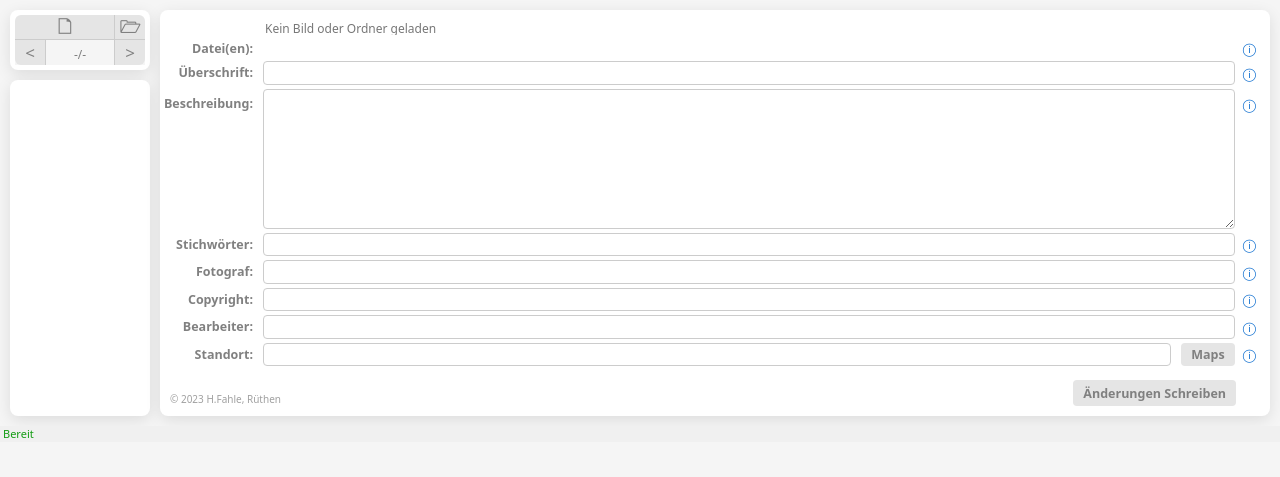
Repository: h-fahle/metadata
Page: ui/index.html
These files come from the project's save history. The page is drawn as it stood at one moment and after the next save; the edit follows.
The browser window is 1280 px wide. The pictures show the whole page.

Above is the page before, as saved 2026-09-04 14:56:40.
Console error: TypeError: Cannot read properties of undefined (reading 'core')

### ui/index.html
<!DOCTYPE html>
<html lang="de">

<head>
	<meta charset="UTF-8">
	<title>Metadaten Editor</title>
	<script src="script.js" defer></script>
	<link rel="stylesheet" href="style.css">
</head>

<body>

	<main id="main-container">

		<aside id="sidebar">
			<!-- Obere Kachel -->
					<div class="split-button-container">
						<div class="main-row">
							<button class="img-select-btn open-files"  data-ordner="false" data-mehrfach="true">
								&#x1F5CB;<div class="tooltip-box">Bilddatei(en) öffnen</div>
							</button>
							<button class="img-select-btn open-folder" data-ordner="true" data-mehrfach="false">
								&#x1F5C1;<div class="tooltip-box">Ordner öffnen</div>
							</button>
						</div>
						<div class="pager-row">
							<button class="pager-btn prev-btn" data-schritt="-1">&lt;</button>
							<div id="img-nummer" class="pager-display">-/-</div>
							<button class="pager-btn next-btn" data-schritt="1"">&gt;</button>
						</div>
					</div>

			<!-- Untere Kachel -->
			<div id="preview-card">
				<img id="vorschau-bild" src="" style="display:none;" />
				<div id="bild-info">
					<span id="img-datum"></span><br>
					<span id="img-groesse"></span>
				</div>
			</div>
		</aside>

		<!-- Das Formular rechts -->
		<section id="form-container">

			<div id="ordner-pfad">Kein Bild oder Ordner geladen</div>

			<div class="form-row">
				<label for="filename">Datei(en):</label>
				<div id="dynamischerBereich" style="width: 100%;">
					<!-- Input- / oder Select-Element -->
				</div>
				<div class="tooltip-container">
					<span class="info-icon">ⓘ</span>
					<div class="tooltip-box">Im Einzelmodus: Änderung des Dateinamens bewirkt Umbenennung der Datei.
						Im Stapelmodus: Dateinamen sind nicht änderbar.!
					</div>
				</div>
			</div>

			<div class="form-row">
				<label for="caption">Überschrift:</label>
				<input type="text" id="caption" name="caption" />
				<div class="tooltip-container">
					<span class="info-icon">ⓘ</span>
					<div class="tooltip-box">Auch: (Dokument-)Titel, Schlagzeile, Headline
					</div>
				</div>
			</div>

			<div class="form-row form-row-top">
				<label for="description">Beschreibung:</label>
				<textarea id="description" name="description"></textarea>
				<div class="tooltip-container">
					<span class="info-icon">ⓘ</span>
					<div class="tooltip-box">Beschreibender Text in beliebiger Länge.
						(Im Stapelmodus wird der eingegebene Text
						&nbsp;&nbsp; an vorhandenen angehängt.)
						Hinweis: Einige Programme zeigen nur 2.000 Zeichen
						&nbsp;&nbsp; oder auch weniger an.
					</div>
				</div>
			</div>

			<div class="form-row">
				<label for="keywords">Stichwörter:</label>
				<input type="text" id="keywords" name="keywords" />
				<div class="tooltip-container">
					<span class="info-icon">ⓘ</span>
					<div class="tooltip-box">Komma-separierte Liste. Groß-/Kleinschreibung beachten.
						Im Stapelmodus werden die eingegebenen Stichwörter
						&nbsp;&nbsp; an vorhandene angehängt.
					</div>
				</div>
			</div>

			<div class="form-row">
				<label for="creator">Fotograf:</label>
				<input type="text" id="creator" name="creator" />
				<div class="tooltip-container">
					<span class="info-icon">ⓘ</span>
					<div class="tooltip-box">Urheber, Ersteller, Autor
						(Tags: Artitst, Creator, By-line)
					</div>
				</div>
			</div>

			<div class="form-row">
				<label for="copyright">Copyright:</label>
				<input type="text" id="copyright" name="copyright" />
				<div class="tooltip-container">
					<span class="info-icon">ⓘ</span>
					<div class="tooltip-box">Urheberrechtshinweis; enthält in der Regel:
						Name des Fotografen, Aufnahmejahr und Nutzungsrechte;
						(z.B. 'Copyright [1975] [Mustermann], Alle Rechte vorbehalten')
					</div>
				</div>
			</div>

			<div class="form-row">
				<label for="editor">Bearbeiter:</label>
				<input type="text" id="editor" name="editor" />
				<div class="tooltip-container">
					<span class="info-icon">ⓘ</span>
					<div class="tooltip-box">Verfasser der Metadaten
						(Tags: Caption Writer, Writer Editor)
					</div>
				</div>
			</div>

			<div class="form-row">
				<label for="position">Standort:</label>
				<input type="text" id="position" name="position" />
				<button type="button" class="maps-trigger-btn">Maps</button>
				<div class="tooltip-container">
					<span class="info-icon">ⓘ</span>
					<div class="tooltip-box">GPS-Koordinaten in Dezimalgrad (z.B.: 51.49129, 8.43317).
						Ermitteln der Koordinaten in der Google Maps-Karte:
						&nbsp; 1. mit rechter Maustaste auf den Standort klicken,
						&nbsp; 2. auf die angezeigten Koordinaten klicken,
						&nbsp; 3. der so gespeicherte Wert kann mit Strg+V
						&nbsp;&nbsp;&nbsp;&nbsp;&nbsp;&nbsp; hier eingefügt werden.
					</div>
				</div>
			</div>

			<!-- Button-Leiste -->
			<div class="button-group">
				<div id="app-copyright">
					© 2023 H.Fahle, Rüthen
					<div class="tooltip-box">Dieses Programm ist freie Software unter den Bedingungen der GNU GPLv3.
						Es wird OHNE JEDE GARANTIE zur Verfügung gestellt.
					</div>
				</div>
				<button type="button" id="btn-exif-schreiben">Änderungen Schreiben</button>
			</div>

		</section> <!-- Ende der form-containers-->
	</main> <!-- Ende des main-containers -->

	<footer id="statusleiste">
		<div id="statustext">
			Bereit
		</div>
	</footer>


</body>

</html>

### ui/style.css
:root {
	--app-font: system-ui, -apple-system, "Segoe UI", Roboto, Helvetica, Arial, sans-serif;
	--app-font-size: 12.5px;
}

/* 1. Das App-Fenster exakt auf 100% fixieren (kein äußeres Scrollen) */
html,
body {
	margin: 0;
	padding: 0;
	/* height: 100vh; */
	/* width: 100vw; */
	height: auto;
	overflow: hidden;
	/* Verhindert jegliche äußere Scrollbalken */
	background: #f5f5f5;
	display: flex;
	flex-direction: column;
	/* Hauptinhalt oben, Statusleiste unten */
	font-family: var(--app-font);
	font-size: var(--app-font-size);
}

input,
textarea,
button {
	font-family: var(--app-font) !important;
	font-size: var(--app-font-size) !important;
}

/* Allumfassender Box-Sizing-Fix für die gesamte App */
*,
*::before,
*::after {
	box-sizing: border-box;
}

/* 2. Der Hauptbereich füllt den gesamten oberen Platz aus --------------------------- */
#main-container {
	flex: 1;
	display: flex;
	flex-direction: row;
	/* Elemente nebeneinander */
	gap: 10px;
	padding: 10px;
	overflow: hidden;
	/* Verhindert, dass Riesen-Inhalte das Fenster sprengen */
}


/* ------------------------------------------------------------------------------------- */
/* 3. LINKS: Die Sidebar mit fester Breite */
#sidebar {
	width: 140px;
	min-width: 140px;
	/* Transparenz, damit der Hintergrund des Hauptfensters durchscheint */
	background-color: transparent;
	box-shadow: none;
	padding: 0;
	/* Flex-Container für die zwei vertikalen Kacheln */
	display: flex;
	flex-direction: column;
	gap: 10px;
}

/* Kachel 1: Button-Container */
/* Die Buttons sieh unten */
.split-button-container {
	background-color: #ffffff;
	border-radius: 8px;
	padding: 5px;
	box-shadow: 0 4px 15px rgba(0, 0, 0, 0.1);
}

/* Kachel 2: Bild + Info-Text darunter */
#preview-card {
	flex: 1;   /* gesamte restliche Höhe */
	background-color: #ffffff;
	border-radius: 8px;
	padding: 5px;
	box-shadow: 0 4px 15px rgba(0, 0, 0, 0.1);
	text-align:center;
	font-size: 12px;
	color: gray;
}

#vorschau-bild {
	max-width: 130px;
	margin: 2px auto;
	height: auto;
}

/* ------------------------------------------------------------------------------------- */
/* 4. RECHTS: Das Formular nimmt den gesamten Rest ein und wächst mit */
#form-container {
	flex: 1;
	/* Nimmt 100% des restlichen Platzes ein */
	min-width: 0;
	/* Erlaubt Flexbox, die Box bei Bedarf zu verkleinern */
	background-color: #ffffff;
	border-radius: 8px;
	padding: 10px;
	display: flex;
	flex-direction: column;
	gap: 4px;
	box-shadow: 0 4px 15px rgba(0, 0, 0, 0.1);
}

#ordner-pfad {
	height: 15px;
	margin: 0 28px 0 95px !important;
	font-size: 12px;
	color: #777777;
	white-space: nowrap;     /* Verhindert den Zeilenumbruch zwingend */
	overflow: hidden;        /* Versteckt den Text, der übersteht */
	text-overflow: ellipsis; /* Fügt die drei Punkte (...) ein */
	/* Textausrichtung nach rechts zwingen */
	direction: rtl;
	text-align: left;
}

/* Jede Zeile wird zu einer horizontalen Flexbox */
.form-row {
	display: flex !important;
	flex-direction: row;
	align-items: center;
	/* Richtet Label und Input vertikal mittig zueinander aus */
	gap: 10px;
	/* Abstand zwischen Label und Input */
	width: 100%;
}

/* Die Labels bekommen eine feste Breite, damit alle Inputs sauber untereinander starten */
.form-row label {
	width: 95px;
	/* Breite je nach längstem Label-Text anpassen */
	min-width: 95px;
	/* Verhindert, dass das Label zusammengedrückt wird */
	text-align: right;
	/* Optional: Richtet den Text rechtsbündig zum Input aus */
	color: gray;
	font-weight: bold;
	margin-left: -12px;
}

/* Die Eingabefelder füllen jetzt den gesamten restlichen Platz der Zeile aus */
.form-row input,
.form-row textarea {
	flex: 1;
	/* Zwingt das Input-Feld, den Rest der Zeile einzunehmen */
	width: 100%;
	min-width: 0;
	/* Erlaubt dem Input, bei sehr kleinen Fenstern stabil zu schrumpfen */
	border: 1px solid #ccc;
	border-radius: 4px;
	padding: 2px 4px;
	line-height: 1.4;
	-webkit-font-smoothing: antialiased;
	outline: none;
}

input#filename {
	font-weight: bold;
}

.form-row select {
	/* 1. Setzt das native Design auf ALLEN Plattformen zurück */
	-webkit-appearance: none;
	/* Für Chrome, Safari, WebKitGTK, Edge, Opera */
	-moz-appearance: none;
	/* Für Firefox */
	appearance: none;
	/* Der moderne, offizielle W3C-Standard */

	/* 2. Plattformübergreifender Text-Fix für Unterlängen (g, j, y) */
	line-height: 1.4;
	/* 1.5 bietet genug Puffer für Linux- & Windows-Fonts */
	padding: 2px;
	/* Rechts Platz für den eigenen Pfeil */
	width: 100%;
	height: 24px;

	/* 3. Textglättung für macOS, Windows und Linux */
	-webkit-font-smoothing: antialiased;
	-moz-osx-font-smoothing: grayscale;

	/* 4. tandard-Design für die Box */
	background-color: #ececec;
	border: 1px solid #ccc;
	border-radius: 4px;
	box-sizing: border-box;
	/* Verhindert Layout-Verschiebungen */
	outline: none;
	color: gray;
}

.form-row textarea {
	min-height: 140px;
}

.form-row input:focus-visible,
.form-row textarea:focus-visible {
	outline: 2px solid gray;
}

/* Ändert die Ausrichtung für die Textarea-Zeile nach oben */
.form-row-top {
	align-items: flex-start !important;
	/* Richtet Label, Textarea und Icon oben aus */
}

.form-row-top label,
.form-row-top .tooltip-container {
	padding-top: 6px;
	/* Verhindert, dass das Label zu weit oben klebt */
}


/* ------------------------------------------------------------------------------------- */
/* 5. UNTEN: Die Statusleiste mit fixer Höhe und eigenem Scrollbalken */
#statusleiste {
	height: 16px;
	min-height: 16px;
	background-color: #f0f0f0;
	font-size: 11px;
	color: #444;
	padding: 0 3px;
	overflow-y: auto;
	/* Vertikaler Scrollbalken erscheint NUR bei Bedarf */
	overflow-x: hidden;
	/* Verhindert horizontales Scrollen in der Statusleiste */
	-webkit-font-smoothing: antialiased;
}

#statustext {
	color: #139c13;
}


/* Bedien-Elemente -------------------------------------------- */
button {
	padding: 3px 10px;
	font-weight: bold;
	cursor: pointer;
	border: none;
	background-color: #e5e5e5;
	color: gray;
}

button:hover {
	background-color: gray;
	color: white;
}

.button-group button,
.form-row button {
	border-radius: 4px;
}

#app-copyright {
	margin-right: auto;
	padding-top: 12px;
	font-size: 10px;
	color: #a0a0a0;
}


/* ------------------------------------------------------------------------------ */
/* Buttons im Button-Container oben links */

/* Obere Reihe */
.main-row {
	height: 25px;
	display: flex;
	border-bottom: 1px solid #ccc;
	/* Trennlinie zur zweiten Reihe */
}

/* Untere Reihe */
.pager-row {
	height: 25px;
	display: flex;
	align-items: center;
	background-color: #f5f5f5;
}

/* Gemeinsames Design für die Button-Teile */
.open-files,
.open-folder,
.prev-btn,
.next-btn {
	font-size: 17px !important;
	padding: 0;
	cursor: pointer;
	transition: background-color 0.2s;
}

.prev-btn,
.next-btn {
	font-weight: normal;
}

/* Hauptbutton oben links */
.open-files {
	width: 100%;
	border-top-left-radius: 6px;
	border-right: 1px solid #ccc
}

/* Pfeilbutton oben rechts */
.open-folder {
	width: 30%;
	border-top-right-radius: 6px;
}

/* Blätter-Buttons unten links und rechts */
.pager-btn {
	width: 30px;
	height: 100%;
	display: flex;
	align-items: center;
	justify-content: center;
	transition: background-color 0.2s;
}

.prev-btn {
	border-bottom-left-radius: 6px;
}

.next-btn {
	border-bottom-right-radius: 6px;
}

.pager-display {
	height: 100%;
	flex-grow: 1;
	/* Nimmt den gesamten Platz in der Mitte ein */
	text-align: center;
	font-size: 12px;
	padding: 6px 0;
	border-left: 1px solid #ccc;
	border-right: 1px solid #ccc;
	user-select: none;
	/* Verhindert versehentliches Markieren beim Klicken */
}
#img-nummer {
	color: gray;
}



/* Der Absendeknopf richtet sich nach den Eingabefeldern aus */
.button-group {
	display: flex;
	justify-content: flex-end;
	margin: 10px 24px 0 0;
}

.button-group button {
	margin-left: 5px;
}


/* Tooltip ---------------------------------------------------------- */

/* Container für das Icon und die Box */
.tooltip-container {
	position: relative;
	/* Wichtig, damit sich die Box am Icon ausrichtet */
	display: inline-flex;
	align-items: center;
	cursor: help;
	/* Zeigt das Fragezeichen/Hilfe-Symbol als Mauszeiger */
	margin-left: -6px;
}

/* Das Info-Icon selbst */
.info-icon {
	color: #0066cc;
	/* Schönes Info-Blau */
	padding: 0 4px;
	font-size: 13px;
}

.tooltip-box {
	display: none;
	position: fixed;

	width: max-content;
	max-width: 400px;
	/* Verhindert, dass der Tooltip bei sehr viel Text das Fenster sprengt */
	white-space: pre-line;

	background-color: lightyellow;
	color: black;
	border: 1px solid gray;
	padding: 2px 4px;
	border-radius: 6px;
	font-size: 11px;
	line-height: 1.4;
	box-shadow: 0 4px 10px rgba(0, 0, 0, 0.2);
	z-index: 1001;
	/* Über der Statusleiste (1000), falls sie sich überschneiden */

	/* Verschiebt den Tooltip komplett nach links,
     sodass seine rechte Kante am Cursor sitzt */
	transform: translate(-100%, 40%);
	*/
	/* Animation & Verstecken */
	transition: opacity 0.2s ease-in-out, visibility 0.2s;
	pointer-events: none;
	/* Verhindert, dass die Box beim unabsichtlichen Drüberfahren flackert */
}

/* Zeige den Tooltip nur, wenn die Maus über dem Container ist */
.tooltip-container:hover .tooltip-box {
	display: block;
}

.img-select-btn:hover .tooltip-box,
#app-copyright:hover .tooltip-box {
	transform: none;
	font-weight: normal;
	display: block;
}

Loaded but not shown: ui/script.js (476 lines, source omitted)

After the next save:
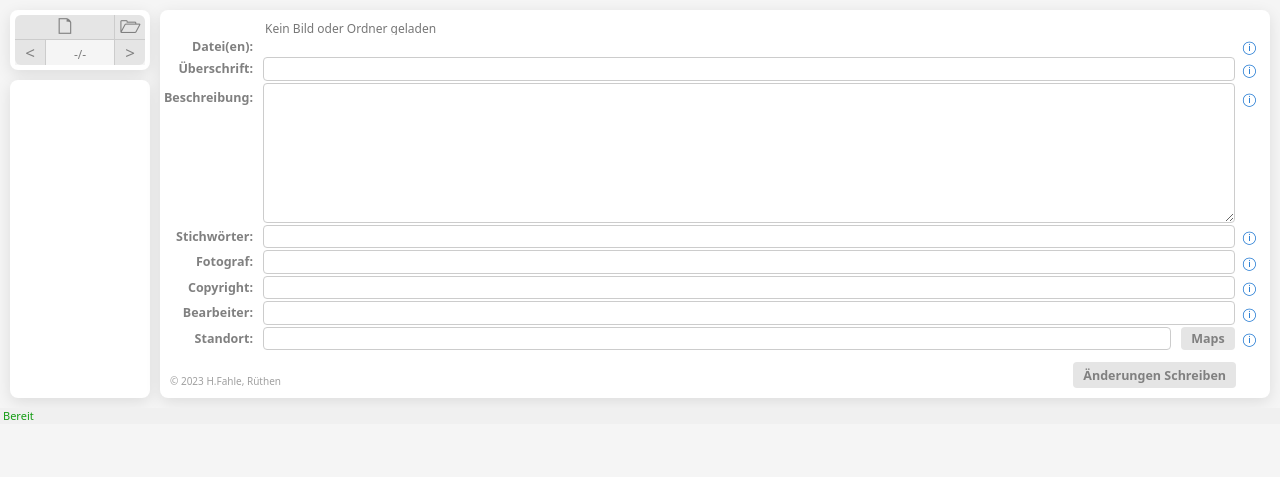
Saved 11 min 56 s later.
--- a/ui/style.css
+++ b/ui/style.css
@@ -102,7 +102,7 @@ button {
 	padding: 10px;
 	display: flex;
 	flex-direction: column;
-	gap: 4px;
+	gap: 2px;
 	box-shadow: 0 4px 15px rgba(0, 0, 0, 0.1);
 }
 
@@ -195,6 +195,7 @@ input#filename {
 }
 
 .form-row textarea {
+	line-height: 1.2;
 	min-height: 140px;
 }
 
